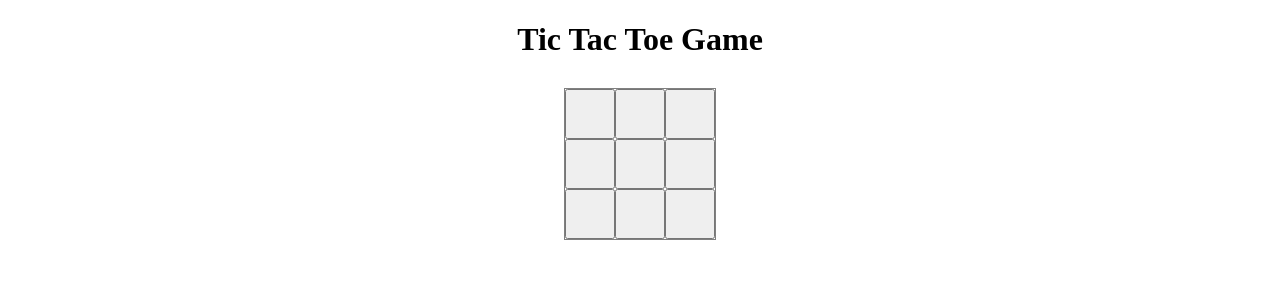
Repository: Wahid137/tic-tac-toe-game
Page: /
These files come from the project's save history. The page is drawn as it stood at one moment and after the next save; the edit follows.
The browser window is 1280 px wide. The pictures show the whole page.
The project was rebuilt for these pictures with package versions that can differ from the ones it lists, and the page was loaded fresh each time. Also part of the build but not shown: vite.config.js, src/index.css.

Above is the page before, as saved 2023-09-18 01:13:34.

After the next save:
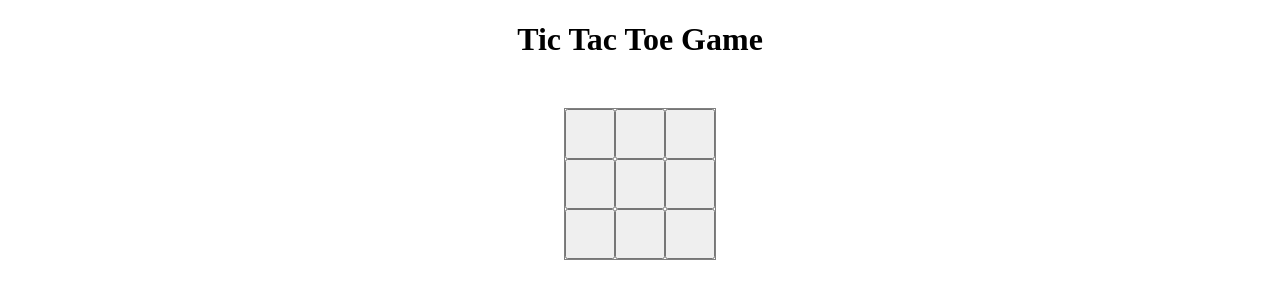
Saved 5 s later.
--- a/src/App.css
+++ b/src/App.css
@@ -1,6 +1,6 @@
 h1{
   text-align: center;
-  margin-bottom: 30px;
+  margin-bottom: 50px;
 }
 .board{
   margin:0 auto;
